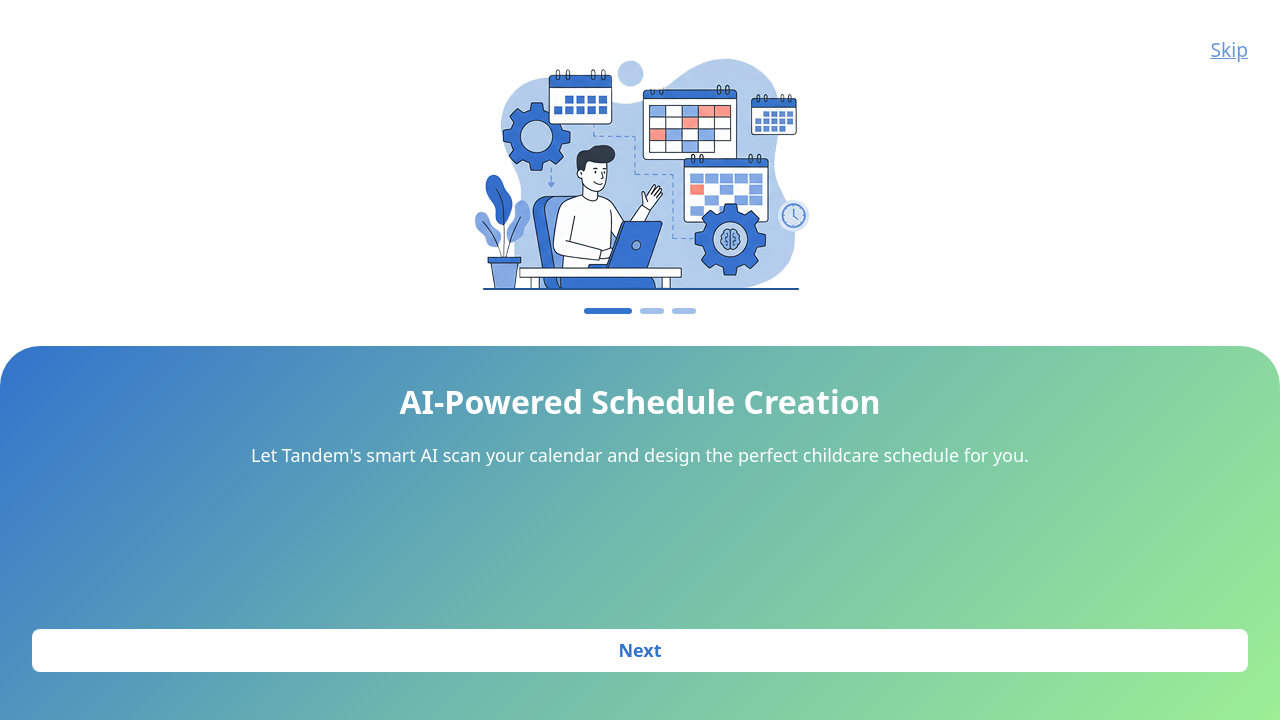
Repository: IDSP-TRADECARE/Tandem
Page: /boarding/features
These files come from the project's save history. The page is drawn as it stood at one moment and after a run of saves; the edit follows.
The browser window is 1280 px wide. The pictures show the whole page.
The page's requests for data from a server got no answer. Some web fonts or font styles are not loaded; a fallback is used. The project was rebuilt for these pictures with package versions that can differ from the ones it lists, and the page was loaded fresh each time. Some packages were replaced by stand-ins written for this rebuild. The framework's server and built-in components were replaced by stand-ins that run in the browser. No one was signed in, and anything a server would have sent is missing. Also part of the build but not shown: next.config.ts, src/app/components/auth/AuthGuard.tsx.

Above is the page before, as saved 2025-11-23 00:26:46.

### src/app/layout.tsx
/* eslint-disable @next/next/no-page-custom-font */
import { ClerkProvider } from '@clerk/nextjs'
import { SocketProvider } from '@/lib/socket/SocketContext'
import './globals.css'
import type { Metadata } from "next";
import { AuthWrapper } from './components/auth/AuthWrapper';


export const metadata: Metadata = {
  title: "Tandem",
  description: "Share childcare with your community",
  icons: {
    icon: 'brand/logoColor.svg',
  },
};

export default function RootLayout({
  children,
}: Readonly<{
  children: React.ReactNode;
}>) {
  return (
    <ClerkProvider>
      <html lang="en">
        <head>
          {/* Omnes Pro from Adobe Fonts */}
          <link rel="stylesheet" href="https://use.typekit.net/pku8yek.css" />

          {/* Alan Sans from Google Fonts */}
          <link rel="preconnect" href="https://fonts.googleapis.com" />
          <link rel="preconnect" href="https://fonts.gstatic.com" crossOrigin="anonymous" />
          <link href="https://fonts.googleapis.com/css2?family=Alan+Sans:wght@300..900&display=swap" rel="stylesheet" />
        </head>
        <body className="antialiased">
          <SocketProvider>
            <AuthWrapper>
              {children}
            </AuthWrapper>
          </SocketProvider>
        </body>
      </html>
    </ClerkProvider>
  )
}

### src/app/boarding/features/page.tsx
"use client";
import { useState } from "react";
import { useRouter } from "next/navigation";
import styles from "./features.module.css";

const features = [
    {
        id: 1,
        title: "AI-Powered Schedule Creation",
        description:
            "Let Tandem's smart AI scan your calendar and design the perfect childcare schedule for you.",
        imgSrc: "/boarding/Graphic-ai-powered-feature1.png",
    },
    {
        id: 2,
        title: "Seamless Nanny Booking",
        description:
            "Effortlessly discover and book reliable nannies tailored to your family's needs.",
        imgSrc: "/boarding/Seamless-nanny-booking-feature2.png",
    },
    {
        id: 3,
        title: "Intelligent Nanny Sharing",
        description:
            "Team up with nearby families to share trusted nannies, cutting costs while building lasting connections.",
        imgSrc: "/boarding/Intelligent-nanny-sharing-feature3.png",
    },
];

export default function FeaturesPage() {
    const [currentIndex, setCurrentIndex] = useState(0);
    const router = useRouter();

    const handleNext = () => {
        if (currentIndex < features.length - 1) {
            setCurrentIndex(currentIndex + 1);
        } else {
            router.push("./sign-up");
        }
    };

    const handleSkip = () => {
        router.push("./sign-up");
    };

    const handlePrevious = () => {
        if (currentIndex > 0) {
            setCurrentIndex(currentIndex - 1);
        }
    };

    const currentFeature = features[currentIndex];
    const showPrevious = currentIndex > 0;

    return (
        <div className={styles.container}>
            <button
                className={styles.skipButton}
                onClick={handleSkip}
            >
                Skip
            </button>

            <div className={styles.imageSection}>
                <div className={styles.imageContainer}>
                    <img
                        src={currentFeature.imgSrc}
                        alt={`Feature ${currentFeature.id}`}
                    />
                </div>
                <div className={styles.progressDots}>
                    {features.map((_, index) => (
                        <div
                            key={index}
                            className={`${styles.dot} ${
                                index === currentIndex ? styles.active : ""
                            }`}
                        />
                    ))}
                </div>
            </div>

            <div className={styles.contentButtons}>
                <div className={styles.content}>
                    <h1 className={styles.title}>{currentFeature.title}</h1>
                    <p className={styles.description}>
                        {currentFeature.description}
                    </p>
                </div>
                <div className={styles.navigationButtons}>
                    {showPrevious && (
                        <button
                            className={styles.previousButton}
                            onClick={handlePrevious}
                        >
                            Previous
                        </button>
                    )}
                    <button
                        className={styles.nextButton}
                        onClick={handleNext}
                    >
                        Next
                    </button>
                </div>
            </div>
        </div>
    );
}

### src/lib/socket/SocketContext.tsx
'use client';

import { createContext, useContext, useEffect, useState } from 'react';
import { io, Socket } from 'socket.io-client';
import { ClientToServerEvents, ServerToClientEvents } from './types';

type TypedSocket = Socket<ServerToClientEvents, ClientToServerEvents>;

interface SocketContextType {
  socket: TypedSocket | null;
  isConnected: boolean;
}

const SocketContext = createContext<SocketContextType>({
  socket: null,
  isConnected: false,
});

export function SocketProvider({ children }: { children: React.ReactNode }) {
  const [socket, setSocket] = useState<TypedSocket | null>(null);
  const [isConnected, setIsConnected] = useState(false);

  useEffect(() => {
    const socketUrl = process.env.NEXT_PUBLIC_SOCKET_URL || 'http://localhost:3001';

    console.log('Connecting to Socket.IO server:', socketUrl);

    const socketInstance: TypedSocket = io(socketUrl, {
      transports: ['websocket', 'polling'],
    });

    socketInstance.on('connect', () => {
      console.log('✅ Socket connected:', socketInstance.id);
      setIsConnected(true);
    });

    socketInstance.on('disconnect', () => {
      console.log('❌ Socket disconnected');
      setIsConnected(false);
    });

    socketInstance.on('connect_error', (error) => {
      console.error('Socket connection error:', error);
      setIsConnected(false);
    });

    setSocket(socketInstance);

    return () => {
      socketInstance.disconnect();
    };
  }, []);

  return (
    <SocketContext.Provider value={{ socket, isConnected }}>
      {children}
    </SocketContext.Provider>
  );
}

export const useSocket = () => useContext(SocketContext);

### src/app/globals.css
@import "tailwindcss";

@theme {
  /* Font families */
  --font-family-alan: "Alan Sans", sans-serif;
  --font-family-omnes: "omnes-pro", sans-serif;

  /* Primary Colors */
  --color-primary: #3373cc;
  --color-primary-lighter: #a3c0e8;
  --color-primary-light: #91b3e3;
  --color-primary-light-hover: #91b3e3;
  --color-primary-light-active: #7aa4de;
  --color-primary-hover: #2b62ad;
  --color-primary-active: #255495;
  --color-primary-dark: #122847;
  --color-primary-dark-hover: #0d1d33;
  --color-primary-dark-active: #060d16;

  /* Secondary Colors */
  --color-secondary: #92f189;
  --color-secondary-lighter: #cef9ca;
  --color-secondary-light: #c4f7bf;
  --color-secondary-light-hover: #c4f7bf;
  --color-secondary-light-active: #b8f6b2;
  --color-secondary-hover: #7ccd74;
  --color-secondary-active: #6bb064;
  --color-secondary-dark: #335430;
  --color-secondary-dark-hover: #253c22;
  --color-secondary-dark-active: #101b0f;

  /* Analogous Colors */
  --color-analogous: #68d5ff;
  --color-analogous-lighter: #bbecff;
  --color-analogous-light: #ade8ff;
  --color-analogous-light-hover: #ade8ff;
  --color-analogous-light-active: #9de4ff;
  --color-analogous-hover: #58b5d9;
  --color-analogous-active: #4c9bba;
  --color-analogous-dark: #244b59;
  --color-analogous-dark-hover: #1a3540;
  --color-analogous-dark-active: #0b171c;

  /* Success */
  --color-success: #95b548;

  /* Warning */
  --color-warning: #d78f26;

  /* Error */
  --color-error: #c43535;

  /* Neutral Colors */
  --color-neutral-50: #e6e6e8;
  --color-neutral-100: #b0b0b8;
  --color-neutral-200: #8a8a96;
  --color-neutral-300: #545466;
  --color-neutral-400: #333349;
  --color-neutral-500: #00001b;
  --color-neutral-600: #000019;
  --color-neutral-700: #000013;
  --color-neutral-800: #00000f;
  --color-neutral-900: #00000b;
}

@layer base {
  :root {
    /* Semantic mappings for shadcn */
    --background: 0 0% 100%;
    --foreground: var(--color-neutral-500);
    --card: 0 0% 100%;
    --card-foreground: var(--color-neutral-500);
    --popover: 0 0% 100%;
    --popover-foreground: var(--color-neutral-500);
    --primary-foreground: 0 0% 98%;
    --secondary-foreground: var(--color-neutral-500);
    --muted: var(--color-neutral-50);
    --muted-foreground: var(--color-neutral-300);
    --accent: var(--color-analogous-light);
    --accent-foreground: var(--color-neutral-500);
    --destructive: var(--color-error);
    --destructive-foreground: 0 0% 98%;
    --border: var(--color-neutral-100);
    --input: var(--color-neutral-100);
    --ring: var(--color-primary);
    --radius: 0.5rem;
    --gradient-primary: linear-gradient(135deg, #3373CC 0%, #6DB6AE 46%, #9DEE95 100%);
  }

  .dark {
    --background: var(--color-neutral-500);
    --foreground: 0 0% 98%;
    --card: var(--color-neutral-400);
    --card-foreground: 0 0% 98%;
    --popover: var(--color-neutral-400);
    --popover-foreground: 0 0% 98%;
    --primary-foreground: var(--color-neutral-500);
    --secondary-foreground: 0 0% 98%;
    --muted: var(--color-neutral-300);
    --muted-foreground: var(--color-neutral-100);
    --accent: var(--color-analogous-dark);
    --accent-foreground: 0 0% 98%;
    --destructive-foreground: 0 0% 98%;
    --border: var(--color-neutral-300);
    --input: var(--color-neutral-300);
    --ring: var(--color-primary-light);
    --gradient-primary: linear-gradient(135deg, #3373CC 0%, #6DB6AE 46%, #9DEE95 100%);
  }

  /* Font utilities */
  .font-alan {
    font-family: var(--font-family-alan);
    font-optical-sizing: auto;
  }

  .font-omnes {
    font-family: var(--font-family-omnes);
  }
}

/* FullCalendar Custom Styles */
.fullcalendar-container {
  font-family: inherit;
}

.fc {
  font-size: 14px;
}

.fc .fc-toolbar-title {
  font-size: 1.5rem;
  font-weight: 700;
  color: var(--color-primary);
}

.fc .fc-button {
  background-color: var(--color-primary);
  border-color: var(--color-primary);
  color: white;
  border-radius: 8px;
  padding: 6px 12px;
  font-weight: 600;
}

.fc .fc-button:hover {
  background-color: var(--color-primary-hover);
  border-color: var(--color-primary-hover);
}

.fc .fc-button-active {
  background-color: var(--color-primary-dark);
  border-color: var(--color-primary-dark);
}

.fc .fc-col-header-cell {
  background-color: var(--color-neutral-50);
  padding: 12px;
  font-weight: 600;
  color: var(--color-primary);
}

.fc .fc-daygrid-day-number {
  font-weight: 600;
  color: var(--color-primary);
  padding: 8px;
}

.fc .fc-daygrid-day.fc-day-today {
  background-color: var(--color-primary-lighter) !important;
}

.fc .fc-event {
  border-radius: 6px;
  padding: 4px 6px;
  font-size: 12px;
  font-weight: 600;
  cursor: pointer;
}

.fc .fc-timegrid-event {
  border-radius: 6px;
  padding: 4px;
}

.fc .fc-timegrid-slot {
  height: 3em;
}

.fc .fc-scrollgrid {
  border-color: var(--neutral-100) !important;
}

@layer utilities {
  .bg-gradient-primary {
    background: var(--gradient-primary);
  }
}

### src/app/components/auth/AuthWrapper.tsx
'use client';

import { usePathname } from 'next/navigation';
import { AuthGuard } from './AuthGuard';

export function AuthWrapper({ children }: { children: React.ReactNode }) {
  const pathname = usePathname();

  // Routes that don't require authentication
  const publicRoutes = ['/boarding/features', '/sign-in', '/sign-up'];
  const isPublicRoute = pathname === '/' || publicRoutes.some(route => pathname?.startsWith(route));

  if (isPublicRoute) {
    return <>{children}</>;
  }

  return <AuthGuard>{children}</AuthGuard>;
}

### src/app/boarding/features/features.module.css
.container {
    min-height: 100vh;
    display: flex;
    flex-direction: column;
    background: #fff;
}

.skipButton {
    position: absolute;
    top: 1.75rem;
    right: 1rem;
    background: none;
    border: none;
    color: var(--color-primary);
    font-size: 1.2rem;
    cursor: pointer;
    z-index: 10;
    padding: 0.5rem 1rem;
    text-decoration: underline;
    opacity: 0.75;
}

.imageSection {
    flex: 1;
    display: flex;
    flex-direction: column;
    align-items: center;
    justify-content: center;
    background: #fff;
    padding: 1rem 0;
    position: relative;
}

.imageContainer {
    flex: 1;
    display: flex;
    align-items: center;
    justify-content: center;
    width: 100%;
}

.imageContainer img {
    max-width: 100%;
    height: auto;
    object-fit: contain;
}

.progressDots {
    display: flex;
    gap: 0.5rem;
    justify-content: center;
    padding: 1rem 0;
}

.dot {
    width: 1.5rem;
    height: 0.375rem;
    border-radius: 0.25rem;
    background-color: var(--color-primary-lighter);
    transition: all 0.5s;
}

.dot.active {
    background: var(--color-primary);
    width: 3rem;
}

.contentButtons {
    background: var(--gradient-primary);
    border-top-left-radius: 2.5rem;
    border-top-right-radius: 2.5rem;
    padding: 2rem;
    width: 100%;
    display: flex;
    flex-direction: column;
    gap: 10rem;
}

.content {
    display: flex;
    flex-direction: column;
    align-items: center;
    text-align: center;
}

.title {
    font-size: 2rem;
    font-weight: bold;
    color: #fff;
    margin-bottom: 1rem;
}

.description {
    font-size: 1.125rem;
    color: #fff;
    margin-bottom: 0;
}

.navigationButtons {
    display: flex;
    gap: 1rem;
    width: 100%;
    margin-bottom: 1rem;
}

.previousButton {
    flex: 1;
    padding: 0.5rem;
    background: rgba(255, 255, 255, 0.2);
    color: #fff;
    border: 1px solid #fff;
    border-radius: 0.5rem;
    font-size: 1.125rem;
    font-weight: bold;
    cursor: pointer;
    transition: all 0.3s;
}

.previousButton:hover {
    background: rgba(255, 255, 255, 0.3);
}

.previousButton:active {
    opacity: 0.8;
}

.nextButton {
    flex: 1;
    padding: 0.5rem;
    background: #fff;
    color: var(--color-primary);
    border: none;
    border-radius: 0.5rem;
    font-size: 1.125rem;
    font-weight: bold;
    cursor: pointer;
    transition: opacity 0.3s;
}

.nextButton:hover {
    opacity: 0.9;
}

.nextButton:active {
    opacity: 0.8;
}

After the next 2 saves:
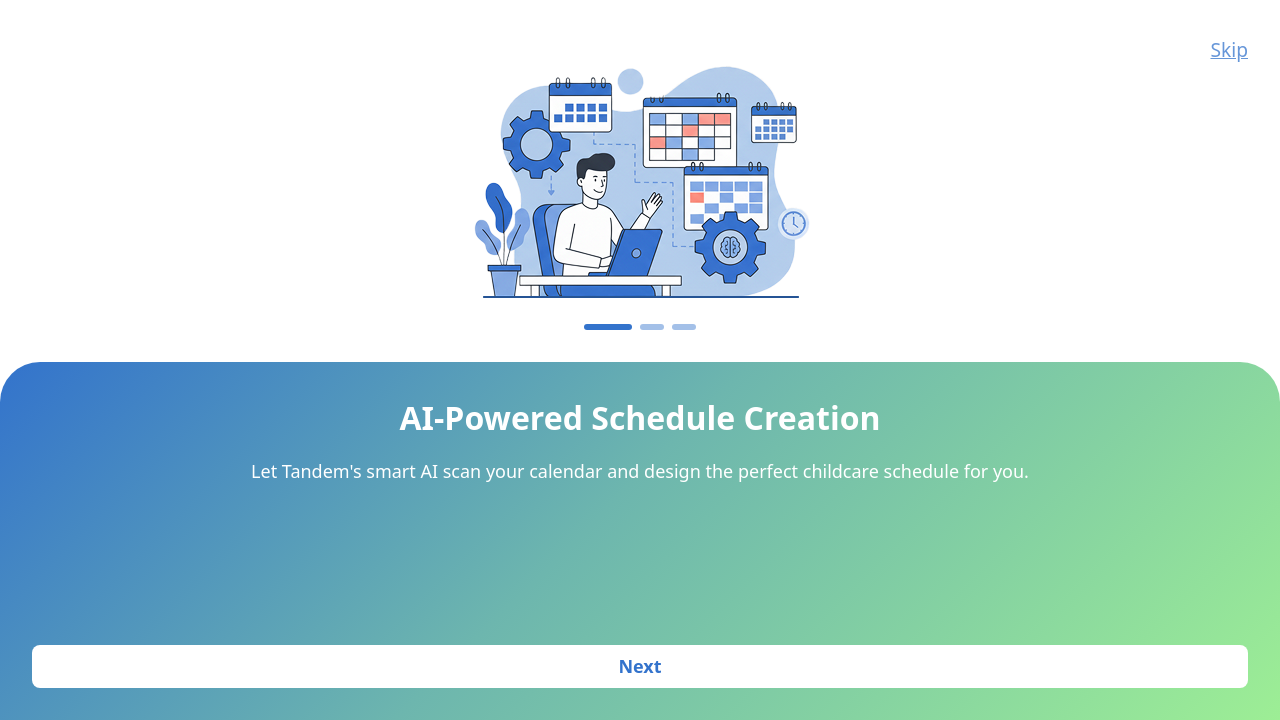
The 2 saves are shown as one change because they came seconds apart.
The last was saved 14 s later.
--- a/src/app/boarding/features/features.module.css
+++ b/src/app/boarding/features/features.module.css
@@ -100,7 +100,7 @@
     display: flex;
     gap: 1rem;
     width: 100%;
-    margin-bottom: 1rem;
+    margin-bottom: rem;
 }
 
 .previousButton {

After the save that followed:
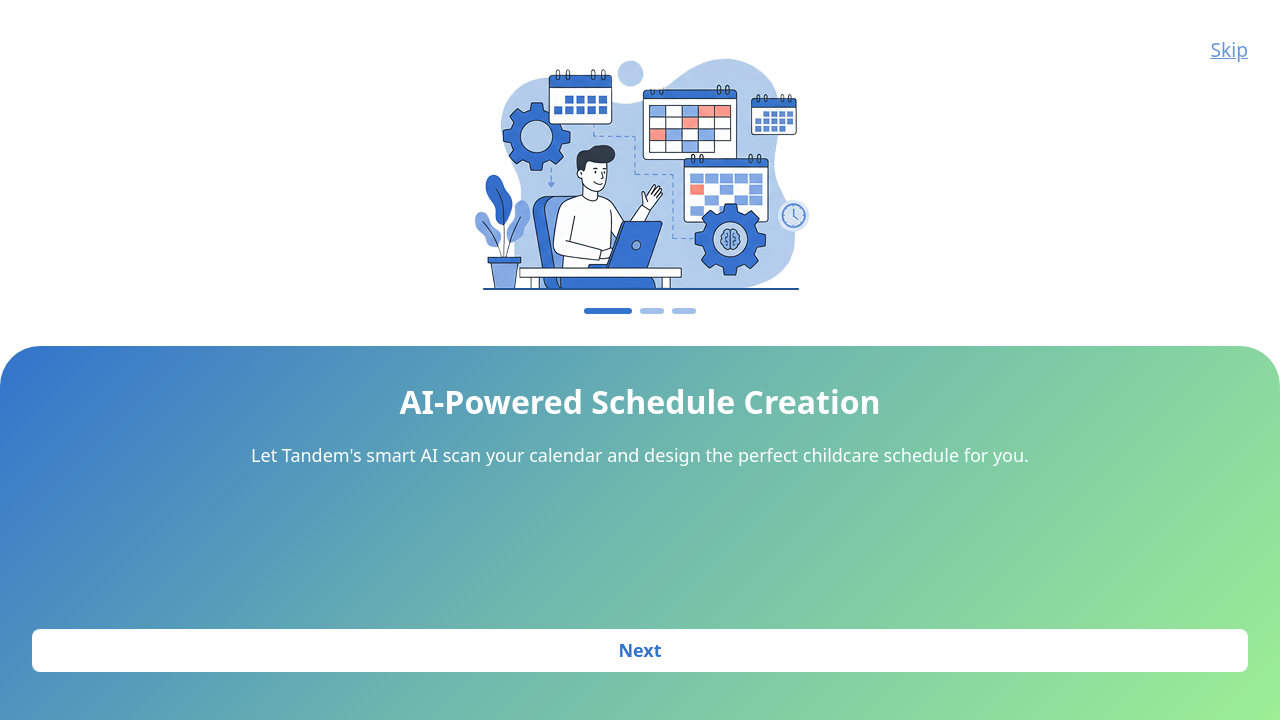
Saved 5 s later.
--- a/src/app/boarding/features/features.module.css
+++ b/src/app/boarding/features/features.module.css
@@ -100,7 +100,7 @@
     display: flex;
     gap: 1rem;
     width: 100%;
-    margin-bottom: rem;
+    margin-bottom: 1rem;
 }
 
 .previousButton {
